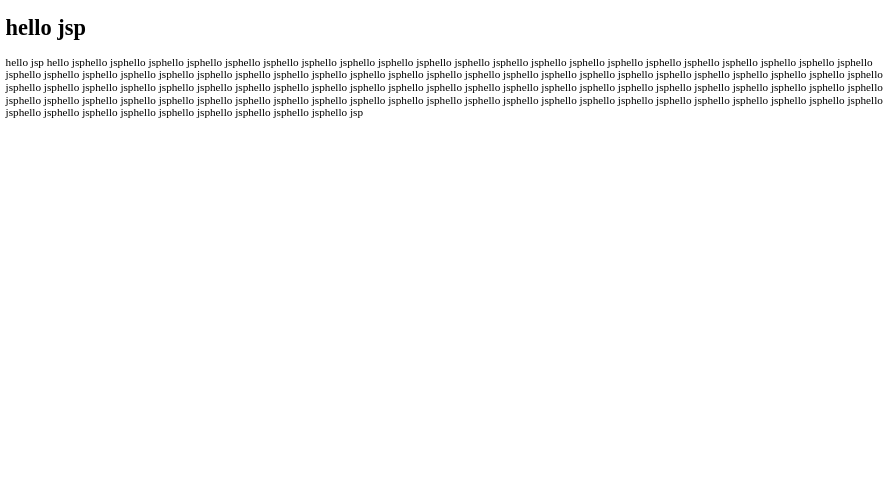
Repository: jinyoung9703/jsp-launch
Page: http://localhost/jsp01/hello.jsp
The author's editor kept a copy of each file at every save. The page is drawn from the files as they stood at one save, then again after the next save.
The browser window is 1280 px wide. The pictures show the whole page, at 70% of full size.
The page is served by Tomcat 9.

Above is the page before, as saved 2023-06-02 01:10:09.

### jsp01/src/main/webapp/hello.jsp
<%@ page language="java" contentType="text/html; charset=UTF-8"
    pageEncoding="UTF-8"%>
<!DOCTYPE html>
<html>
<head>
<meta charset="UTF-8">
<title>Insert title here</title>
</head>
<body>
	<h1>hello jsp</h1>
	<%
		out.println("hello jsp");
		for(int i=0;i<100;i++){
			out.print("hello jsp");
		}
	%>
</body>
</html>

After the next save:
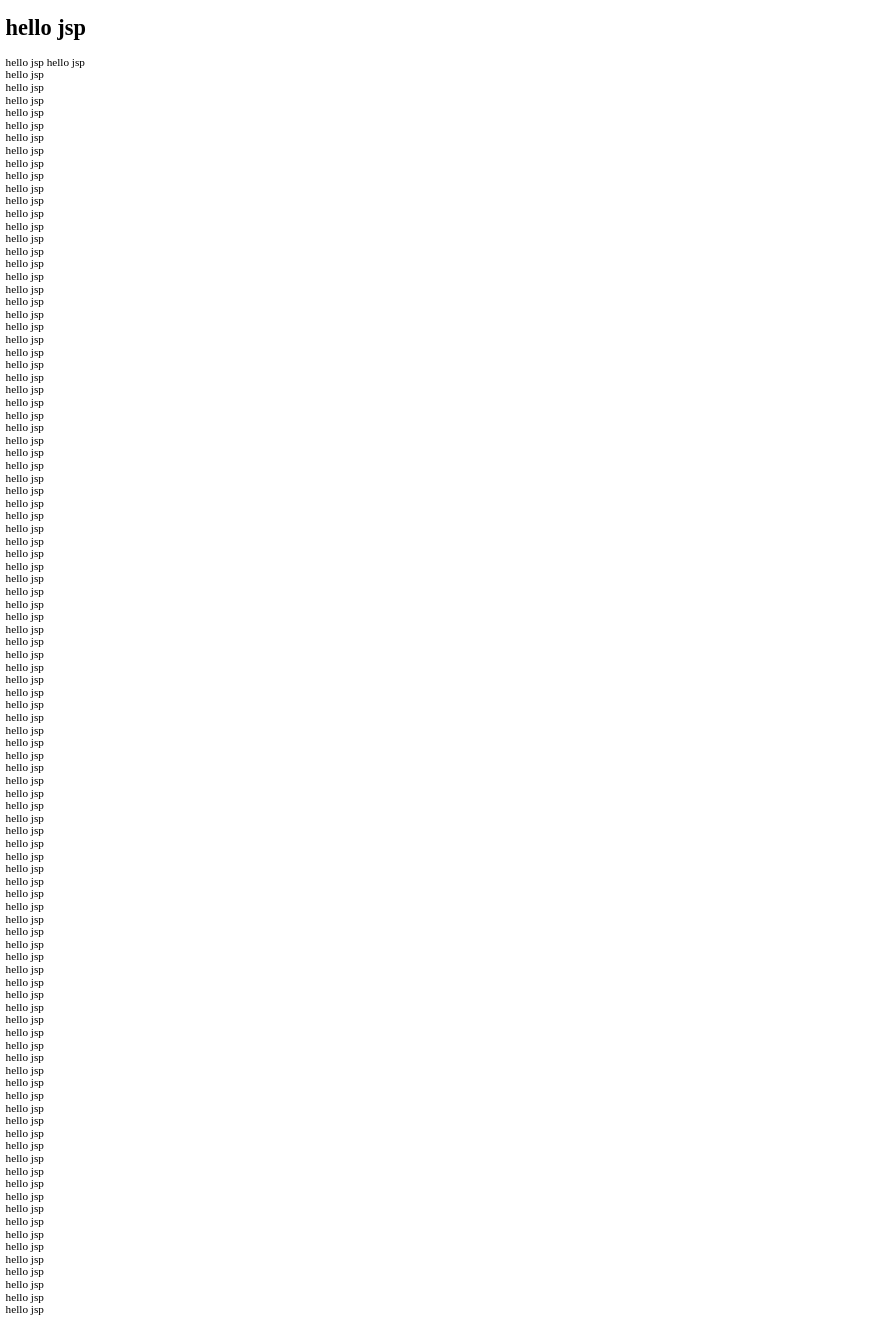
Saved 20 s later.
--- a/jsp01/src/main/webapp/hello.jsp
+++ b/jsp01/src/main/webapp/hello.jsp
@@ -11,7 +11,7 @@
 	<%
 		out.println("hello jsp");
 		for(int i=0;i<100;i++){
-			out.print("hello jsp");
+			out.print("hello jsp <br>");
 		}
 	%>
 </body>
